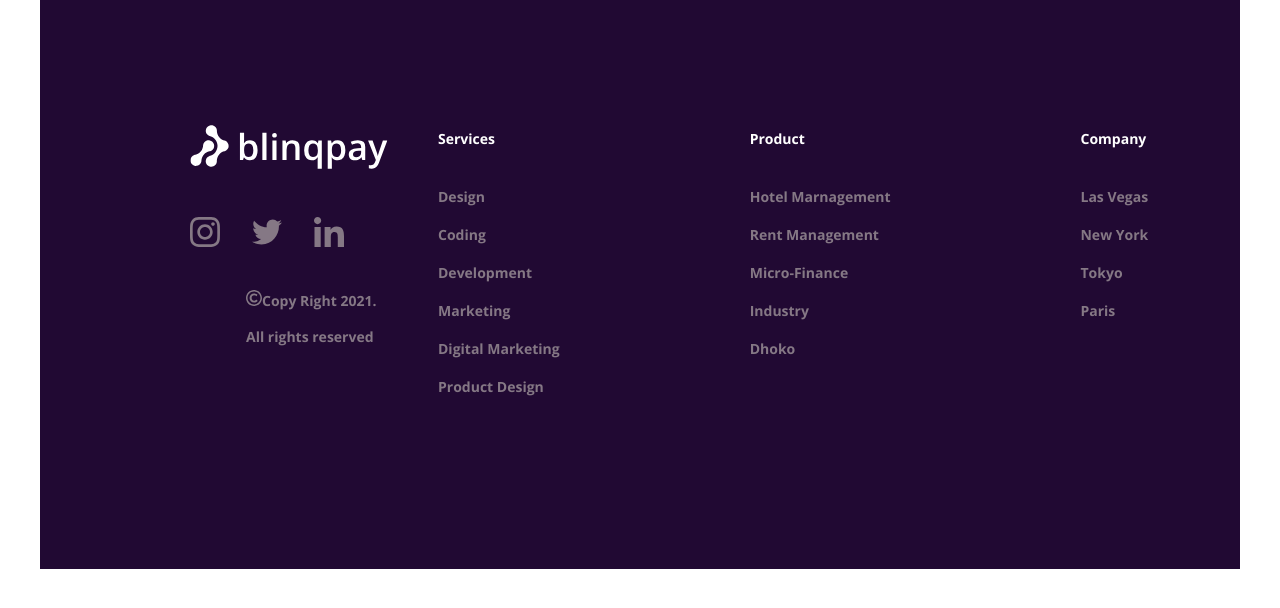
Repository: jabbarbergenoov/mobile-bling-py
Page: idnex.html
These files come from the project's save history. The page is drawn as it stood at one moment and after the next save; the edit follows.
The browser window is 1280 px wide. The pictures show the whole page.

Above is the page before, as saved 2025-04-17 19:09:01.

### idnex.html
<!DOCTYPE html>
<html lang="en">
<head>
    <meta charset="UTF-8">
    <meta name="viewport" content="width=device-width, initial-scale=1.0">
    <title>Document</title>
    <link rel="stylesheet" href="./style/styl.css">
</head>
<body>
    <header class="arslan">

    </header>
    <main>
        <section class="chingiz"></section>
        <section class="ulugbek"></section>
        <section class="bekzad"></section>
        <section class="maftuna"></section>
        <section class="aydos"></section>
    </main>
    <footer class="behruz">
        <div class="container">
            <div class="footer">
                <div class="boxa">
                  <img src="./images/Logo.svg" alt="" class="iimg">
                  <div class="df">
                  <img src="./images/insta.svg" alt="" class="insta">
                  <img src="./images/twiter.svg" alt="" class="twiter">
                  <img src="./images/in.svg" alt="" class="in">
                  </div>
                  <div class="gh">

                  <p class="ssd"><img src="./images/c.svg" alt="" class="iimg2">Copy Right 2021. <br><br>All rights reserved</p>
                  </div>
                </div>
                <div class="boxes">
                <div class="boxb">
                  <h2 class="word">Services</h2>
                  <p class="texts">Design</p>
                  <p class="texts">Coding</p>
                  <p class="texts">Development</p>
                  <p class="texts">Marketing</p>
                  <p class="texts">Digital Marketing</p>
                  <p class="texts">Product Design</p>
                </div>
                <div class="boxb">
                  <h2 class="word">Product</h2>
                  <p class="texts">Hotel Marnagement</p>
                  <p class="texts">Rent Management</p>
                  <p class="texts">Micro-Finance</p>
                  <p class="texts">Industry</p>
                  <p class="texts">Dhoko</p>
                </div>
                <div class="boxb">
                  <h2 class="word">Company</h2>
                  <p class="texts">Las Vegas</p>
                  <p class="texts">New York</p>
                  <p class="texts">Tokyo</p>
                  <p class="texts">Paris</p>
                </div>
                </div>
              </div>
            </div>
    </footer>
</body>
</html>

### style/styl.css
@import url(https://fonts.googleapis.com/css?family=Open+Sans:300,regular,500,600,700,800,300italic,italic,500italic,600italic,700italic,800italic);
* {
    margin: 0;
    padding: 0;
    box-sizing: border-box;
}
.container {
    padding: 0 15;
    width: 1200px;
    margin: 0 auto;
}
.footer {
    height: 689px;
    background: rgb(33, 9, 51);
    position: relative;
    bottom: 120px;
    display: flex;
    gap: 50px;
  }
  .iimg {
    padding-top: 242px;
    padding-left: 150px;
  }
  .df {
    display: flex;
    gap: 32px;
    padding-left: 150px;
    padding-top: 42px;
  }
  .gh {
    display: flex;
    gap: 2px;
    padding-left: 206px;
    padding-top: 43px;
  }

  .ssd {
    color: rgb(133, 120, 133);
    font-size: 14px;
    font-weight: 700;
    line-height: 128.6%;
    letter-spacing: 4%;
    font-family: Open Sans;
  }
  .word {
    color: rgb(255, 255, 255);
    font-size: 14px;
    font-weight: 700;
    line-height: 128.6%;
    letter-spacing: 4%;
    text-align: left;
    padding-bottom: 20px;
    font-family: Open Sans;

  }
  .texts {
    color: rgb(133, 120, 133);
    font-family: Open Sans;
    font-size: 14px;
    font-weight: 700;
    line-height: 128.6%;
    padding-top: 20px;
  }
  .boxb{
    padding-top: 250px;
  }
  .boxes{
    display: flex;
    gap: 190px;

  }

After the next save:
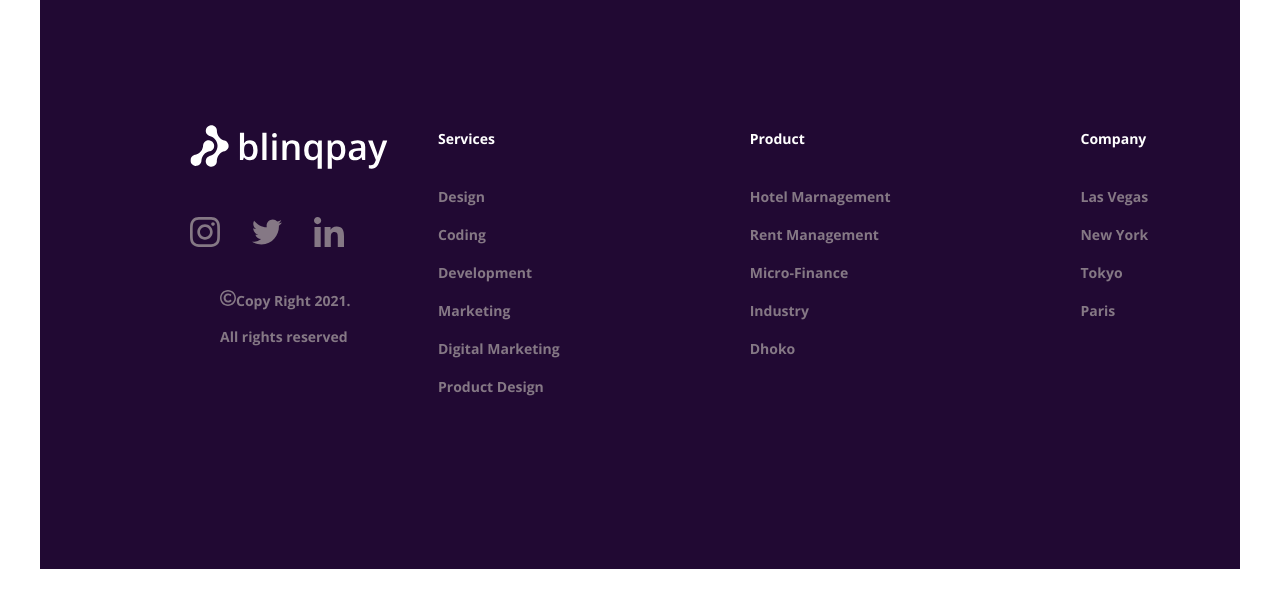
Saved 5 s later.
--- a/style/styl.css
+++ b/style/styl.css
@@ -30,7 +30,7 @@
   .gh {
     display: flex;
     gap: 2px;
-    padding-left: 206px;
+    padding-left: 180px;
     padding-top: 43px;
   }
 
